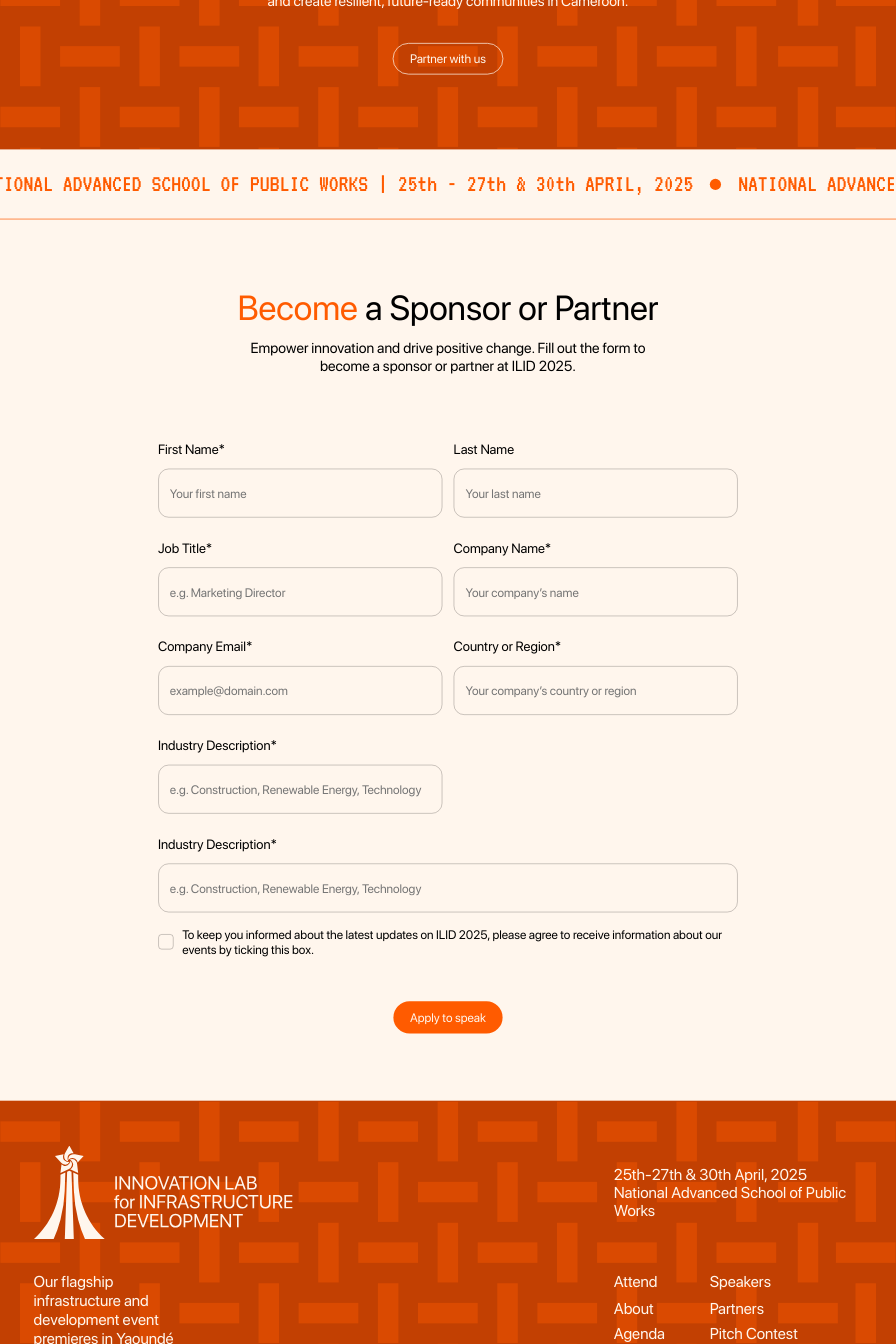
Repository: ilidevent/ilidwebsite
Page: /partners
These files come from the project's save history. The page is drawn as it stood at one moment and after the next save; the edit follows.
The browser window is 1280 px wide. The pictures show the part of the page from y = 399 to 2319 px (the page is 2578 px tall before and 2758 px after), at 70% of full size.
The project was rebuilt for these pictures with package versions that can differ from the ones it lists, and the page was loaded fresh each time. The framework's server and built-in components were replaced by stand-ins that run in the browser. Also part of the build but not shown: next.config.ts, components/ReUsables/ButtonTwo.tsx, styles/ReUsables/aboutboxwrapper.module.scss, components/ReUsables/TextEmail.tsx, styles/ReUsables/sloganbanner.module.scss, components/ReUsables/SloganBanner.tsx, styles/ReUsables/paddingtop.module.scss, components/ReUsables/PaddingTop.tsx and 43 more.

Above is the page before, as saved 2025-03-17 12:02:44.

### app/layout.tsx
import type { Metadata } from "next";
import localFont from "next/font/local";
import { Navbar } from "@/components";
import "../styles/globals.scss";
import Footer from "@/components/Navigation/Footer";

const regular = localFont({
  src: "./fonts/SF-Pro-Display-Regular.ttf",
  variable: "--regular-font"
})

const medium = localFont({
  src: "./fonts/SF-Pro-Display-Medium.ttf",
  variable: "--medium-font"
})

const semibold = localFont({
  src: "./fonts/SF-Pro-Display-Semibold.ttf",
  variable: "--semibold-font"
})

const heavy = localFont({
  src: "./fonts/SF-Pro-Display-Heavy.ttf",
  variable: "--heavy-font"
})

const script = localFont({
  src: "./fonts/VT323-Regular.ttf",
  variable: "--script-font"
})

export const metadata: Metadata = {
  title: "Innovation Lab for Infrastructure Development",
  description: "Generated by create next app",
};

export default function RootLayout({
  children,
}: Readonly<{
  children: React.ReactNode;
}>) {
  return (
    <html lang="en">
      <body className={`${regular.variable} ${medium.variable} ${semibold.variable} ${heavy.variable} ${script.variable}`}>
        <Navbar/>
        {children}
        <Footer/>
      </body>
    </html>
  );
}

### app/partners/layout.tsx
import type { Metadata } from "next";

export const metadata: Metadata = {
  title: "Partners ILID 2025",
  description: "From strategy to design, we craft brands that elevate visibility, build trust, and drive industry success.",
};

export default function RootLayout({
  children,
}: Readonly<{
  children: React.ReactNode;
}>) {
  return <>{children}</>;
}

### app/partners/page.tsx
import React from 'react'
import { PartnersPageWrapper } from '@/components'

const PartnersPage = () => {
  return (
    <div className='main'>
      <PartnersPageWrapper/>
    </div>
  )
}

export default PartnersPage

### components/index.ts
import Navbar from "./Navigation/Navbar";
import HomePageWrapper from "./HomePage/HomePageWrapper";
import AttendPageWrapper from "./AttendPage/AttendPageWrapper";
import SpeakerPageWrapper from "./SpeakerPage/SpeakerPageWrapper";
import AboutPageWrapper from "./AboutPage/AboutPageWrapper";
import AgendaPageWrapper from "./AgendaPage/AgendaPageWrapper";
import PitchPageWrapper from "./PitchPage/PitchPageWrapper";
import PartnersPageWrapper from "./PartnersPage/PartnersPageWrapper";

export {
  Navbar,
  HomePageWrapper,
  AttendPageWrapper,
  SpeakerPageWrapper,
  AboutPageWrapper,
  AgendaPageWrapper,
  PitchPageWrapper,
  PartnersPageWrapper
}

### components/Navigation/Navbar.tsx
import React from 'react'
import Image from 'next/image'
import Link from 'next/link'
import LOGO from "../../public/svg/whitelogo.svg"
import Button from '../ReUsables/Button'
import styles from "../../styles/Navigation/navbar.module.scss"

const Navbar = () => {
  const navLinks = [
    {
      name: "Attend",
      link: "/attend"
    },
    {
      name: "Speakers",
      link: "/speakers"
    },
    {
      name: "About",
      link: "/about"
    },
    {
      name: "Agenda",
      link: "/agenda"
    }
  ]

  const buttonOne = {
    name: "Pitch your idea",
    link: "/pitch-contest",
  }

  const buttonTwo = {
    name: "Partner with us",
    link: "/partners",
  }

  return (
    <>
      <header className={styles.nav__header}>
        <div className={`container ${styles.nav__container}`}>
          <Link className={styles.nav__logo} href="/">
            <Image fill quality={100} alt='ILID Logo' src={LOGO}/>
          </Link>
          <nav className={styles.nav__center}>
            {
              navLinks.map((data, i) => (
                <Link key={i} href={data.link}>{data.name}</Link>
              ))
            }
          </nav>
          <nav className={styles.nav__right}>
            <Button fill={false} buttonInfo={buttonOne}/>
            <Button fill buttonInfo={buttonTwo}/>
          </nav>
        </div>
      </header>
    </>
  )
}

export default Navbar

### components/PartnersPage/PartnersPageWrapper.tsx
"use client";

import React, { useEffect, useState, useRef } from "react";
import Lenis from "lenis";
import ReusableSection from "../ReUsables/ReusableSection";
import SpeakerForm from "../SpeakerPage/SpeakerForm";
import HeroSection from "../ReUsables/HeroSection";
import PartnersForm from "./PartnersForm";
import VenueBanner from "../ReUsables/VenueBanner";

const PartnersPageWrapper = () => {
  const [lenis, setLenis] = useState<Lenis | null>(null);
  const formRef = useRef<HTMLDivElement | null>(null);

  useEffect(() => {
    const lenisInstance = new Lenis({
      duration: 1,
    });

    function raf(time: number) {
      lenisInstance.raf(time);
      requestAnimationFrame(raf);
    }

    requestAnimationFrame(raf);

    // Store the lenis instance in state
    setLenis(lenisInstance);
  }, []);

  const HeroContent = {
    largeText: "Sponsor or Partner at ILID 2025",
    normalText:
      "Sponsor or Partner with us to ignite innovation, empower emerging leaders, and create resilient, future-ready communities in Cameroon.",
    buttonProps: {
      name: "Partner with us",
    }
  };

  const formContent = {
    header: "Become a Sponsor or Partner",
    keywords: ["Become"],
    text: "Empower innovation and drive positive change. Fill out the form to become a sponsor or  partner at ILID 2025.",
  };

  const HeroBreakpoints = {
    lg: "75vh",
    nm: "85vh",
    md: "100vh",
    sm: "100vh",
  };
  return (
    <>
      <HeroSection
        herocontent={HeroContent}
        breakpoints={HeroBreakpoints}
        lenis={lenis}
        reference={formRef}
      />
      <VenueBanner />
      <ReusableSection
        header={formContent.header}
        keywords={formContent.keywords}
        text={formContent.text}
        textColor="#000000"
        backgroundColor="#FFF6ED"
        ref={formRef}
      >
        <PartnersForm />
      </ReusableSection>
    </>
  )
}

export default PartnersPageWrapper

### components/ReUsables/Button.tsx
"use client";

import React from "react";
import Link from "next/link";
import styles from "../../styles/ReUsables/button.module.scss";

interface ButtonInfo {
  name: string;
  link?: string;
}

interface ButtonProps {
  buttonInfo: ButtonInfo;
  fill: boolean;
  onClick?: () => void;
}

const Button = ({ buttonInfo, fill, onClick }: ButtonProps) => {
  // If a link is provided, render a Link
  if (buttonInfo.link) {
    return fill ? (
      <Link className={styles.button__background} href={buttonInfo.link}>
        {buttonInfo.name}
      </Link>
    ) : (
      <Link className={styles.button__stroke} href={buttonInfo.link}>
        {buttonInfo.name}
      </Link>
    );
  }

  // If no link is provided but an onClick is available, render a clickable span
  if (onClick) {
    return fill ? (
      <span className={styles.button__background} onClick={onClick}>
        {buttonInfo.name}
      </span>
    ) : (
      <span className={styles.button__stroke} onClick={onClick}>
        {buttonInfo.name}
      </span>
    );
  }

  // Fallback: render a non-clickable span
  return fill ? (
    <span className={styles.button__background}>{buttonInfo.name}</span>
  ) : (
    <span className={styles.button__stroke}>{buttonInfo.name}</span>
  );
};

export default Button;

### styles/Navigation/navbar.module.scss
.nav__header {
  width: 100%;
  height: auto;
  padding: 1rem 0;
  position: fixed;
  top: 0;
  left: 0;
  z-index: 100;
}

.nav__container {
  position: relative;
  display: flex;
  justify-content: space-between;
  align-items: center;
}

.nav__logo {
  width: 270px;
  aspect-ratio: 1112.0159/400;
  position: relative;

  img {
    object-fit: cover;
  }
}

.nav__center {
  position: absolute;
  top: 50%;
  left: 50%;
  transform: translate(-50%, -50%);
  display: flex;
  gap: 1.5rem;

  a {
    color: var(--body-color);
    opacity: 1;
    transition: opacity 0.5s ease;

    &:hover {
      opacity: 0.5;
    }
  }
}

.nav__right{
  display: flex;
  gap: 1.5rem
}

### components/PartnersPage/PartnersForm.tsx
"use client";

import React, { useState, useRef } from "react";
import FormInput from "../ReUsables/FormInput";
import { PartnerFormFields } from "@/utils";
import styles from "../../styles/AttendPage/attendform.module.scss";

const PartnersForm = () => {
  const [buttonText, setButtonText] = useState("Apply to speak");
  const [isSubmitting, setIsSubmitting] = useState(false);
  const [activeBox, setActiveBox] = useState(false);
  const [tickError, setTickError] = useState(false);

  const formRef = useRef<HTMLFormElement | null>(null);

  const firstSeven = PartnerFormFields.slice(0, 7); // Gets the first 6 items
  const textArea = PartnerFormFields[6];

  const handleSubmit = (event: React.FormEvent<HTMLFormElement>) => {
    event.preventDefault();

    // If checkbox is not ticked, show error and stop submission
    if (!activeBox) {
      setTickError(true);
      return;
    }
    setTickError(false);

    //Form Data
    const formData = new FormData(event.currentTarget);

    // Retrieve form fields
    const firstname = formData.get("firstname") as string | null;
    const lastname = formData.get("lastname") as string | null;
    const email = formData.get("email") as string | null;
    const speakertitle = formData.get("stitle") as string | null;
    const profile = formData.get("profile") as string | null;
    const ptitle = formData.get("ptitle") as string | null;
    const abstract = formData.get("abstract") as string | null;
    const expertise = formData.get("expertise") as string | null;
    const additionalinfo = formData.get("additionalinfo") as string | null;


    // Change button text and show "Submitting..."
    setButtonText("Applying to speak...");
    setIsSubmitting(true);
  };

  const toggleCheckbox = () => {
    const newActiveBox = !activeBox;
    setActiveBox(newActiveBox);

    // If the user ticks the box, remove any error
    if (newActiveBox) {
      setTickError(false);
    }
  };

  return (
    <div className={styles.aform__wrapper}>
      <form onSubmit={handleSubmit} ref={formRef} className={styles.form}>
        <div className={styles.form__top}>
          <div className={styles.form__boxing}>
            <div className={styles.form__forms}>
              {firstSeven.map((data, i) => (
                <FormInput data={data} key={`fs${i}`} isSubmitting={isSubmitting} />
              ))}
            </div>
            <FormInput data={textArea} key="text-area" isSubmitting={isSubmitting}/>
          </div>
          <div className={styles.checkbox__wrapper}>
            <div className={styles.cw__top}>
              <div
                className={`${styles.checkbox} ${
                  activeBox ? styles.active__box : ""
                }`}
                onClick={toggleCheckbox}
              >
                <div className={styles.checkbox__content}>
                  <span className={styles.svg}>
                    <svg xmlns="http://www.w3.org/2000/svg" viewBox="0 0 24 24">
                      <path
                        fill="#fff"
                        d="M21 7L9 19l-5.5-5.5l1.41-1.41L9 16.17L19.59 5.59z"
                      ></path>
                    </svg>
                  </span>
                </div>
              </div>
              <span className={styles.checkbox__text}>
                To keep you informed about the latest updates on ILID 2025,
                please agree to receive information about our events by ticking
                this box.
              </span>
            </div>
            {tickError && (
              <span className={styles.checkbox__error}>
                Please check this box to receive event updates.
              </span>
            )}
          </div>
        </div>
        <button
          className={styles.submit}
          type="submit"
          disabled={isSubmitting} // Disable button while submitting
        >
          <span>{buttonText}</span>
          {isSubmitting && (
            <div className={styles.sub__right}>
              <span className={styles.spinner}></span>
            </div>
          )}
        </button>
      </form>
    </div>
  );
};

export default PartnersForm;

### styles/ReUsables/button.module.scss
.button__background{
  padding: 0.7rem 1.5rem;
  border-radius: 100px;
  background-color: var(--body-color);
  color: var(--orange);
  border: 1px solid transparent;
  transition: all 0.5s ease;
  cursor: pointer;

  &:hover{
    border: 1px solid var(--body-color);
    color: var(--body-color);
    background-color: transparent;
  }
}

.button__stroke{
  padding: 0.7rem 1.5rem;
  border-radius: 100px;
  background-color: transparent;
  color: var(--body-color);
  border: 1px solid var(--body-color);
  transition: all 0.5s ease;
  cursor: pointer;

  &:hover{
    border: 1px solid transparent;
    color: var(--orange);
    background-color: var(--body-color);
  }
}

.button__strokeTwo{
  padding: 0.7rem 1.5rem;
  border-radius: 100px;
  background-color: transparent;
  color: var(--orange);
  border: 1px solid var(--orange);
  transition: all 0.5s ease;

  &:hover{
    border: 1px solid transparent;
    color: var(--body-color);
    background-color: var(--orange);
  }
}

### styles/ReUsables/herosection.module.scss
.hero__section {
  width: 100vw;
  height: var(--nm);
  background-color: var(--darkorange);
  position: relative;
  color: var(--body-color);
}

.hero__image{
  width: 100%;
  height: 100%;
  position: absolute;
  top: 0;
  left: 0;

  img{
    object-fit: cover;
  }
}

.hero__container {
  width: 100%;
  height: 100%;
  position: relative;
  z-index: 1;
}

.content__wrapper {
  width: 930px;
  height: auto;
  position: absolute;
  top: 150px;
  left: 50%;
  transform: translateX(-50%);
  display: flex;
  flex-direction: column;
  justify-content: flex-start;
  align-items: center;
  gap: 1.5rem;
}

.large__text {
  h1 {
    font-size: calc(var(--biggest-font-size) - 2.3rem);
    font-weight: 100;
    text-align: center;
    line-height: 1.03;
  }
}

.normal__text {
  width: 70%;
  text-align: center;

  p {
    font-size: calc(var(--normal-font-size) + 0.2rem);
  }
}

.hbutton__wrapper{
  display: flex;
  flex-direction: column;
  gap: 1rem;
  align-items: center;
  margin-top: 1.5rem;
}

@media screen and (min-height: 800px) {
  .hero__section{
    height: var(--lg);
  }

  .content__wrapper{
    width: 1030px;
    top: 21%;
  }

  .large__text {
    h1 {
      font-size: calc(var(--biggest-font-size) - 1.5rem);
      font-weight: 100;
      text-align: center;
      line-height: 1.1;
    }
  }

  .normal__text {
    width: 70%;
    text-align: center;

    p {
      font-size: calc(var(--h2-font-size) - 1rem);
    }
  }

  .hbutton__wrapper{
    display: flex;
    flex-direction: column;
    gap: 1.5rem;
    align-items: center;
    margin-top: 2rem;
  }
}

### styles/ReUsables/venuebanner.module.scss
.vb__section{
  position: relative;
  width: 100%;
  height: auto;
  padding: 0rem 0 3rem;
}

.vbslider__container{
  width: 100%;
  padding: 2rem 0;
  border-bottom: 1px solid var(--orange);
}

.vb__slider{
  width: max-content;
  position: relative;
  display: flex;
}

.vslider__main{
  display: flex;

  .vslider__space{
    width: 1rem;
    height: 1rem;
    display: block;
  }
}

.vslider__content{
  display: flex;
  gap: 1.5rem;
  align-items: center;
  font-family: var(--script-font);
  font-size: calc(var(--h2-font-size) - 0.3rem);
  color: var(--orange);
}

.vfirst__slide{
  display: flex;
  align-items: center;
  gap: 1.5rem;

  p{
    word-wrap: none;
  }

  .vspan__button{
    display: block;
    width: 1rem;
    height: 1rem;
    border-radius: 50%;
    background-color: var(--orange);
  }
}

### components/ReUsables/HighlighedText.tsx
import React from 'react'
import styles from "../../styles/ReUsables/highlightedtext.module.scss";

interface HighlightedTextProps {
  text: string;
  keywords?: string[];
  color: string;
}

const HighlightedText = ({
  text,
  keywords,
  color
}: HighlightedTextProps) => {
  // Split the text into words
  const words = text.split(" ");

  return (
    <p className={styles.large__text}>
      {words.map((word, index) => {
        // Remove punctuation for matching and convert to lowercase.
        const cleanedWord = word.replace(/[.,!?;:()]/g, "");

        if (keywords?.includes(cleanedWord)) {
          return (
            <span key={index} style={{color: "var(--orange)"}}>
              {word}{" "}
            </span>
          );
        } else {
          return (
            <span key={index} style={{color: color}}>
              {word}{" "}
            </span>
          );
        }
      })}
    </p>
  );
};

export default HighlightedText;

### styles/ReUsables/reusablesection.module.scss
.rs__content{
  width: 100%;
  height: auto;
  position: relative;
}

.rs__container{
  height: max-content;
}

.rs__wrapper{
  width: 100%;
  height: auto;
  display: flex;
  flex-direction: column;
  justify-content: flex-start;
  gap: 6rem;
  align-items: center;
}

.rscontent__header{
  width: 60%;
  display: flex;
  flex-direction: column;
  align-items: center;
  justify-content: flex-start;
  gap: 1rem;

  .p__tag{
    text-align: center;
    width: 85%;
    font-size: calc(var(--normal-font-size) + 0.2rem);
  }
}

.rsmain__content{
  width: 100%;
  height: auto;
}

.rButton{
  display: flex;
  flex-direction: column;
  align-items: center;

}

.rbutton__text{
  width: max-content;
  margin-bottom: 1rem;
}

### components/ReUsables/FormInput.tsx
"use client";

import React, { useState, useEffect } from "react";
import styles from "../../styles/ReUsables/forminput.module.scss";

interface FormField {
  id: number;
  name: string;
  type: string;
  placeholder: string;
  errorMessage?: string;
  label: string;
  required: boolean;
  minlength?: number;
  inputState: boolean;
}

const FormInput = ({
  data,
  isSubmitting,
}: {
  data: FormField;
  isSubmitting: boolean;
}) => {
  const [focused, setFocused] = useState(false);

  useEffect(() => {
    if (isSubmitting) {
      setFocused(false);
    }
  }, [isSubmitting]);

  const handleFocus = () => {
    if (!isSubmitting) { // Skip onBlur during form reset/submission
      setFocused(true);
    }
  };

  return (
    <div className={styles.input__wrapper}>
      <label htmlFor={data.name} className={styles.label}>
        {data.label}
      </label>
      {data.inputState ? (
        <input
          className={styles.input}
          name={data.name}
          type={data.type}
          placeholder={data.placeholder}
          required={data.required}
          minLength={data.minlength}
          onBlur={handleFocus}
          data-focused={focused.toString()}
        />
      ) : (
        <textarea
          className={styles.textarea}
          name={data.name}
          placeholder={data.placeholder}
          required={data.required}
          minLength={data.minlength}
          onBlur={handleFocus}
          data-focused={focused.toString()}
        />
      )}
      <span className={styles.error}>{data.errorMessage}</span>
    </div>
  );
};

export default FormInput;

### styles/ReUsables/highlightedtext.module.scss
.large__text{
  font-size: calc(var(--h2-font-size) + 0.6rem);
}

.phrase__text{
  font-size: calc(var(--normal-font-size) + 0.6rem);
  text-align: justify;
}

### styles/ReUsables/forminput.module.scss
.input__wrapper{
  width: 100%;
  height: auto;
  display: flex;
  flex-direction: column;
  gap: 1rem
}

.label{
  font-size: calc(var(--normal-font-size) + 0.1rem);
  text-transform: none;
}

.input {
  width: 100%;
  height: 70px;
  padding-left: 1rem;
  outline: none;
  background-color: transparent;
  border-radius: 15px;
  border: 1px solid rgba(0, 0, 0, 0.3);


  &:focus {
    border: 1px solid #ffa473;
  }

  &:invalid[data-focused="true"] {
    border: 1px solid red;
  }

  &:invalid[data-focused="true"] ~ .error {
    display: block;
  }
}

.textarea {
  width: 100%;
  min-height: 250px;
  padding-top: 1rem;
  padding-left: 1rem;
  outline: none;
  border: 1px solid rgba(0, 0, 0, 0.3);
  background-color: transparent;
  border-radius: 15px;


  &:focus {
    border: 1px solid #ffa473;
  }

  &:invalid[data-focused="true"] {
    border: 1px solid rgb(255, 0, 0);
  }

  &:invalid[data-focused="true"] ~ .error {
    display: block;
  }
}

.error {
  font-size: calc(var(--normal-font-size) - 0.1rem);
  color: rgb(255, 0, 0);
  display: none;
  margin-top: -0.2rem;
}

Loaded but not shown: utils/index.ts (2098 lines, source omitted); components/Navigation/BetterMarque.tsx (236 lines, source omitted); components/Navigation/Footer.tsx (119 lines, source omitted); components/ReUsables/VenueBanner.tsx (90 lines, source omitted); styles/Navigation/bettermarque.module.scss (150 lines, source omitted); styles/globals.scss (167 lines, source omitted); components/ReUsables/ReusableSection.tsx (86 lines, source omitted); styles/AttendPage/attendform.module.scss (137 lines, source omitted); styles/Navigation/footer.module.scss (147 lines, source omitted); components/ReUsables/HeroSection.tsx (80 lines, source omitted)

After the next save:
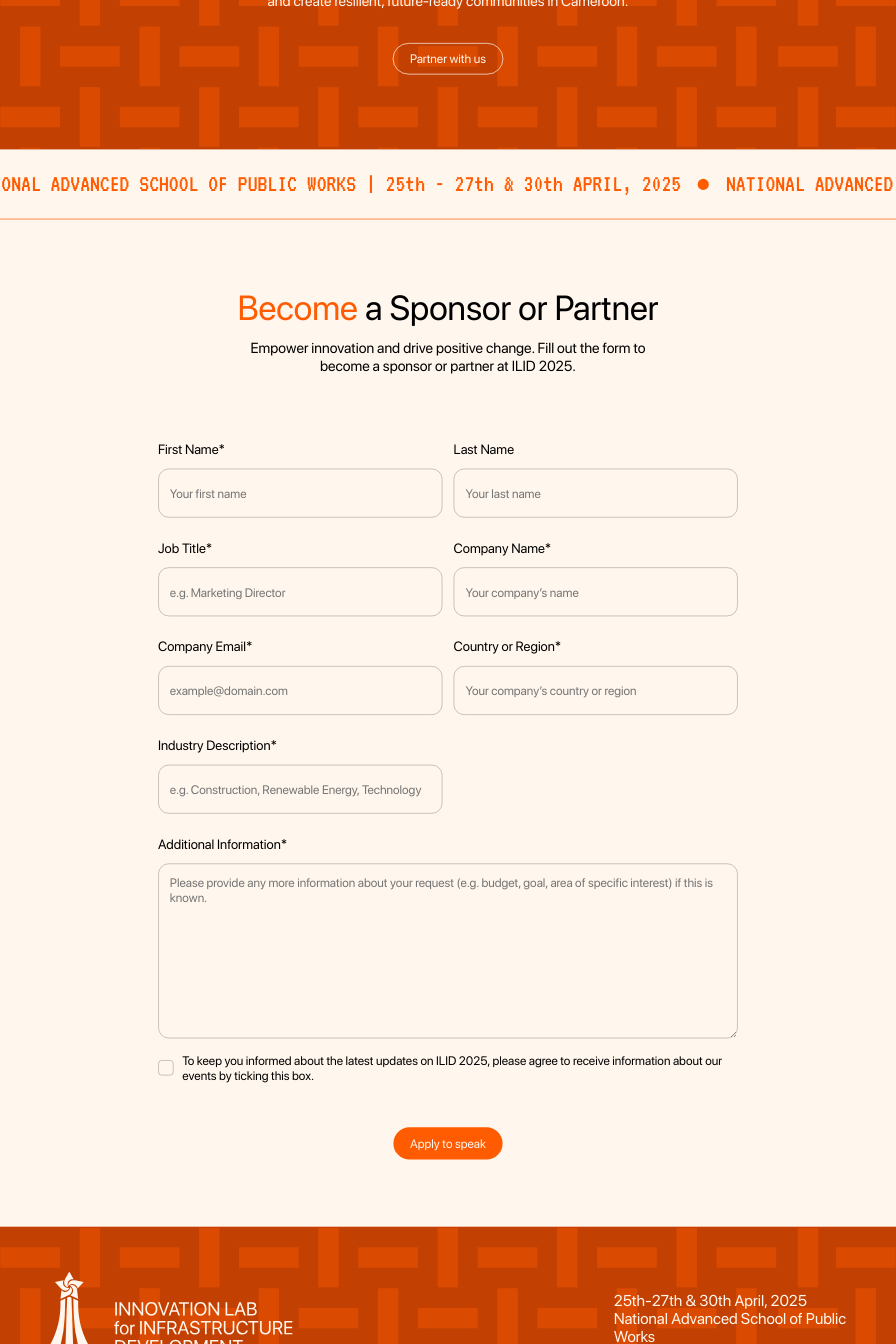
Saved 43 s later.
--- a/components/PartnersPage/PartnersForm.tsx
+++ b/components/PartnersPage/PartnersForm.tsx
@@ -14,7 +14,7 @@
   const formRef = useRef<HTMLFormElement | null>(null);
 
   const firstSeven = PartnerFormFields.slice(0, 7); // Gets the first 6 items
-  const textArea = PartnerFormFields[6];
+  const textArea = PartnerFormFields[7];
 
   const handleSubmit = (event: React.FormEvent<HTMLFormElement>) => {
     event.preventDefault();
